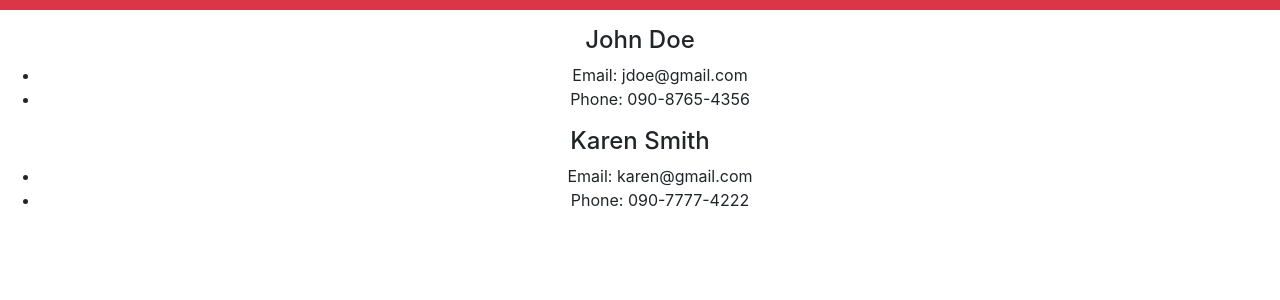
Repository: IkennaU/contactmanager
Page: /
These files come from the project's save history. The page is drawn as it stood at one moment and after the next save; the edit follows.
The browser window is 1280 px wide. The pictures show the whole page.
The project was rebuilt for these pictures with package versions that can differ from the ones it lists, and the page was loaded fresh each time.

Above is the page before, as saved 2020-07-20 14:37:17.

After the next save:
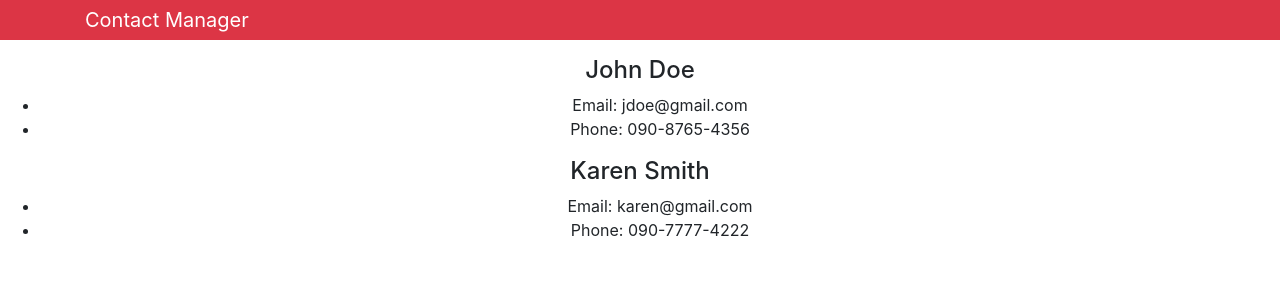
Saved 36 s later.
--- a/src/components/Header.js
+++ b/src/components/Header.js
@@ -5,7 +5,9 @@ function Header(props) {
   return (
     <nav className="navbar navbar-expand-sm navbar-dark bg-danger mb-3 py-0">
       <div className="container">
-        <a href="/" className="navbar-brand"></a>
+        <a href="/" className="navbar-brand">
+          {props.branding}
+        </a>
       </div>
     </nav>
   );
